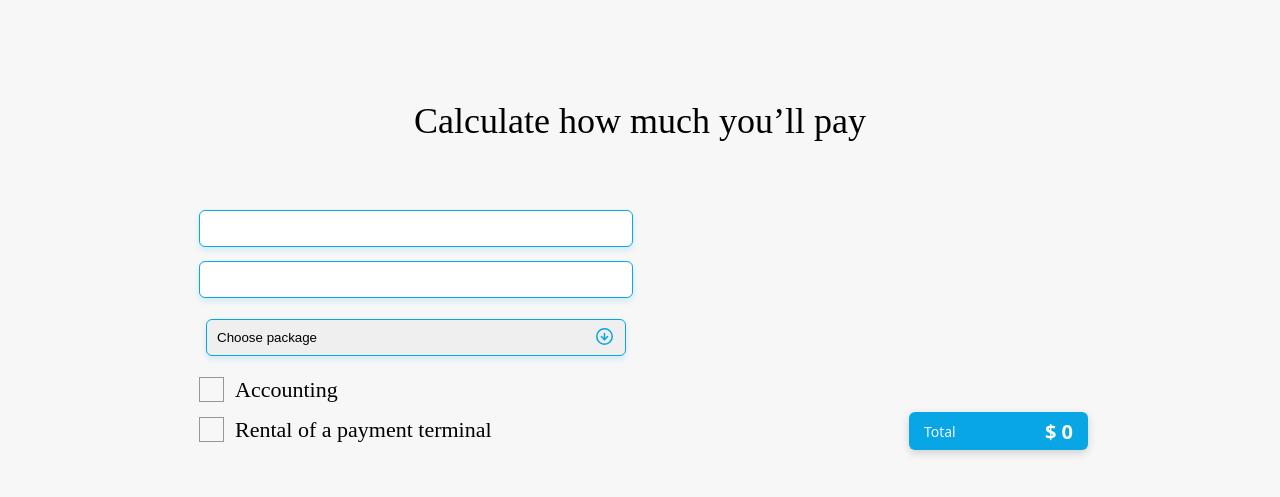
Repository: VolodymyrDubnytskyi/BestShop_project
Page: inedx2.html
An editor plug-in stored every save of this project. The page is shown before and after the next save, followed by the edit.
The browser window is 1280 px wide. The pictures show the whole page.

Above is the page before, as saved 2020-01-20 19:50:47.

After the next save:
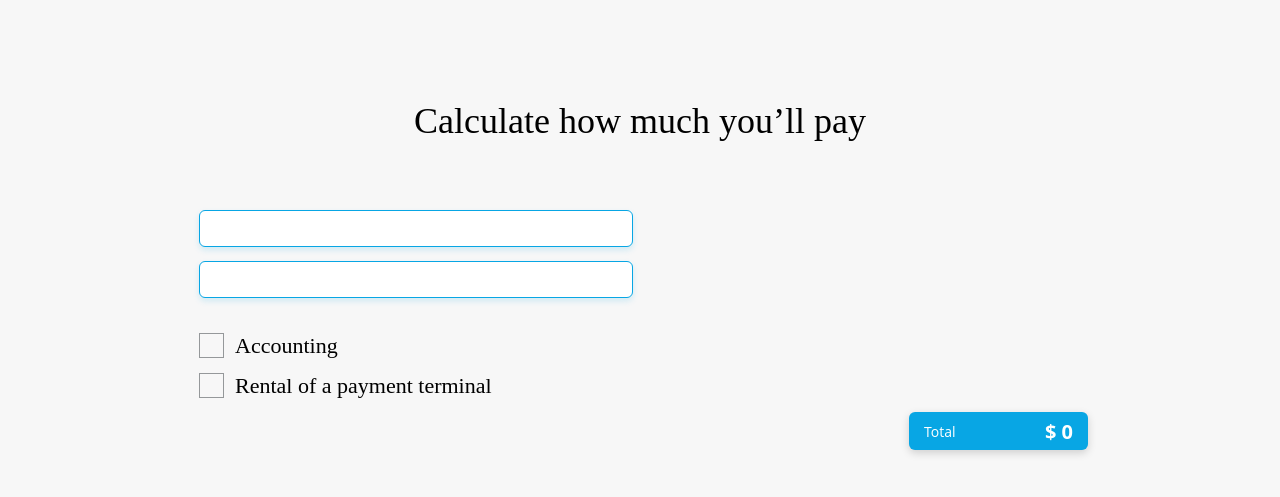
Saved 13 s later.
--- a/css/style.css
+++ b/css/style.css
@@ -788,13 +788,14 @@ form input:nth-child(2n) {
   padding-left: 36px;
 }
 .selcet-package {
-  background-image: url(../img/Arrow\ Down.svg);
+  display: none;
+  /* background-image: url(../img/Arrow\ Down.svg);
   background-repeat: no-repeat;
   background-size: 4%;
   background-position-x: 97%;
   background-position-y: 45%;
   -webkit-appearance: none;
-  cursor: pointer;
+  cursor: pointer; */
 }
 .select-package-container{
   -webkit-appearance: none;
